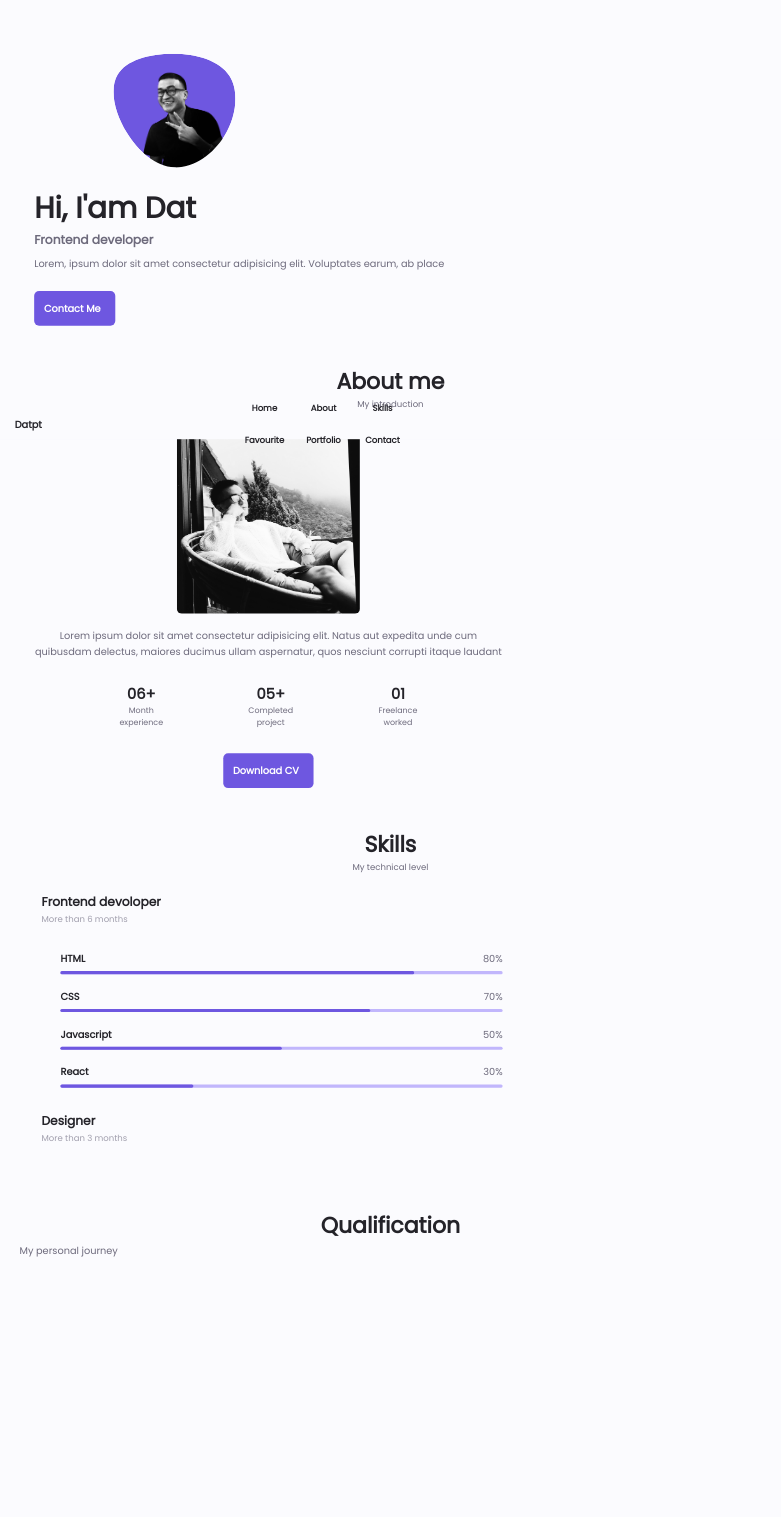
Repository: Datt21/portfolio
Page: index.html
The author's editor kept a copy of each file at every save. The page is drawn from the files as they stood at one save, then again after the next save.
The browser window is 1280 px wide. The pictures show the whole page, at 61% of full size.
Some icons come from a web library that is not loaded, so they are not drawn.

Above is the page before, as saved 2021-07-10 18:14:46.

### index.html
<!DOCTYPE html>
<html lang="en">
<head>
    <meta charset="UTF-8">
    <meta http-equiv="X-UA-Compatible" content="IE=edge">
    <meta name="viewport" content="width=device-width, initial-scale=1.0">
    <!--============= ICONS ================  -->
    <link rel="stylesheet" href="https://unicons.iconscout.com/release/v4.0.0/css/line.css">

    <!-- ============= SWIPER CSS =============== -->
    <link rel="stylesheet" href="">

    <!-- =============== CSS ========================= -->
    <link rel="stylesheet" href="./Css/style.css">

    <title>Portfolio</title>
</head>
<body>
    <!--============================ HEADER ============================ -->
    <header class="header" id="header">
        <nav class="nav container">
            <a href="#" class="nav__logo">Datpt</a>

            <div class="nav__menu" id="nav-menu">
                <ul class="nav__list grid">
                    <li class="nav__item">
                        <a href="#home" class="nav__link">
                            <i class="uil uil-estate nav__icon"></i>Home
                        </a>
                    </li>
                    <li class="nav__item">
                        <a href="#about" class="nav__link">
                            <i class="uil uil-user nav__icon"></i>About
                        </a>
                    </li>
                    <li class="nav__item">
                        <a href="#skills" class="nav__link">
                            <i class="uil uil-file-alt nav__icon"></i>Skills
                        </a>
                    </li>
                    <li class="nav__item">
                        <a href="#fovourite" class="nav__link">
                            <i class="uil uil-books nav__icon"></i>Favourite
                        </a>
                    </li>
                    <li class="nav__item">
                        <a href="#portfolio" class="nav__link">
                            <i class="uil uil-scenery nav__icon"></i>Portfolio
                        </a>
                    </li>
                    <li class="nav__item">
                        <a href="#contact" class="nav__link">
                            <i class="uil uil-message nav__icon"></i>Contact
                        </a>
                    </li>
                </ul>
                <i class="uil uil-times nav__close" id="nav-close"></i>
            </div>

            <div class="nav__btns">
                <div class="nav__toggle" id="nav-toggle">
                    <i class="uil uil-apps"></i>
                </div>
            </div>
        </nav>
    </header>

     <!--==================== MAIN ====================-->
     <main class="main">
        <!--==================== HOME ====================-->
        <section class="home section" id="home">
            <div class="home__container container grid">
                <div class="home__content grid">
                    <div class="home__social">
                        <a href="https://www.facebook.com/profile.php?id=100043830603950" target="_blank" class="home__social-icon">
                            <i class="uil uil-facebook"></i>
                        </a>
                        <a href="https://t.me/datpt21" target="_blank" class="home__social-icon">
                            <i class="uil uil-telegram-alt"></i>
                        </a>
                        <a href="https://github.com/Datt21" target="_blank" class="home__social-icon">
                            <i class="uil uil-github-alt"></i>
                        </a>
                    </div>

                    <div class="home__img">
                        <svg class="home__blob" viewBox="0 0 200 187" xmlns="http://www.w3.org/2000/svg" xmlns:xlink="http://www.w3.org/1999/xlink">
                            <mask id="mask0" mask-type="alpha">
                                <path d="M190.312 36.4879C206.582 62.1187 201.309 102.826 182.328 134.186C163.346 165.547
                                130.807 187.559 100.226 186.353C69.6454 185.297 41.0228 161.023 21.7403 129.362C2.45775
                                97.8511 -7.48481 59.1033 6.67581 34.5279C20.9871 10.1032 59.7028 -0.149132 97.9666
                                0.00163737C136.23 0.303176 174.193 10.857 190.312 36.4879Z"/>
                            </mask>
                            <g mask="url(#mask0)">
                                <path d="M190.312 36.4879C206.582 62.1187 201.309 102.826 182.328 134.186C163.346
                                165.547 130.807 187.559 100.226 186.353C69.6454 185.297 41.0228 161.023 21.7403
                                129.362C2.45775 97.8511 -7.48481 59.1033 6.67581 34.5279C20.9871 10.1032 59.7028
                                -0.149132 97.9666 0.00163737C136.23 0.303176 174.193 10.857 190.312 36.4879Z"/>

                                <image class="home_blob-img" x='12' y='18 'xlink:href="./images/me.png"/>
                            </g>
                        </svg>

                    </div>

                    <div class="home__data">
                        <h1 class="home__title">Hi, I'am Dat</h1>
                        <h3 class="home_subtitle">Frontend developer</h3>
                        <p class="home_description">Lorem, ipsum dolor sit amet consectetur adipisicing elit.
                            Voluptates earum, ab place</p>
                        <a href="#contact" class="button button--flex">
                            Contact Me<i class="uil uil-message button__icon"></i>
                        </a>
                    </div>
                </div>

                <div class="home_scroll">
                    <a href="#about" class="home__scroll-button button--flex">
                        <i class="uil uil-mouse-alt-2 home__scroll-mouse"></i>
                        <span class="home__scroll-name">Scroll down</span>
                        <i class="uil uil-arrow-down home__scroll-arrow"></i>
                    </a>
                </div>
            </div>
        </section>

        <!--==================== ABOUT ====================-->
        <section class="about section" id="about">
            <h2 class="section__title">About me</h2>
            <span class="section__subtitle">My introduction</span>

            <div class="about__container container grid">
                <img src="./images/me2.jpg" alt="" class="about__img">

                <div class="about-data">
                    <p class="about-decription">Lorem ipsum dolor sit amet consectetur adipisicing elit.
                        Natus aut expedita unde cum quibusdam delectus, maiores ducimus ullam aspernatur, quos nesciunt corrupti itaque laudant</p>

                    <div class="about__info">
                        <div>
                            <span class="about__info-title">06+</span>
                            <span class="about__info-name">Month <br> experience</span>
                        </div>
                        <div>
                            <span class="about__info-title">05+</span>
                            <span class="about__info-name">Completed <br> project</span>
                        </div>
                        <div>
                            <span class="about__info-title">01</span>
                            <span class="about__info-name">Freelance <br> worked</span>
                        </div>
                    </div>

                    <div class="about__buttons">
                        <a download="" href="./pdf/LeTienDat_CV.pdf" class="button button--flex">
                            Download CV <i class="uil uil-download-alt button__icon"></i>
                        </a>
                    </div>
                </div>
            </div>


        </section>

        <!--==================== SKILLS ====================-->
        <section class="skills section" id="skills">
            <h2 class="section__title">Skills</h2>
            <span class="section__subtitle">My technical level</span>

            <div class="skills__container container grid">
                <div>
                    <!-- skill 1 -->
                    <div class="skills__content skills__open">
                        <div class="skills__header">
                            <i class="uil uil-brackets-curly skills__icon"></i>

                            <div>
                                <h1 class="skills__title">Frontend devoloper</h1>
                                <span class="skills__subtitle">More than 6 months</span>
                            </div>

                            <i class="uil uil-angle-down skills__arrow"></i>
                        </div>

                        <div class="skills__list grid">
                            <div class="skills__data">
                                <div class="skills__titles">
                                    <h3 class="skills__name">HTML</h3>
                                    <span class="skills__number">80%</span>
                                </div>
                                <div class="skills__bar">
                                    <span class="skills__percentage skills__html"></span>
                                </div>
                            </div>

                            <div class="skills__data">
                                <div class="skills__titles">
                                    <h3 class="skills__name">CSS</h3>
                                    <span class="skills__number">70%</span>
                                </div>
                                <div class="skills__bar">
                                    <span class="skills__percentage skills__css"></span>
                                </div>
                            </div>

                            <div class="skills__data">
                                <div class="skills__titles">
                                    <h3 class="skills__name">Javascript</h3>
                                    <span class="skills__number">50%</span>
                                </div>
                                <div class="skills__bar">
                                    <span class="skills__percentage skills__js"></span>
                                </div>
                            </div>

                            <div class="skills__data">
                                <div class="skills__titles">
                                    <h3 class="skills__name">React</h3>
                                    <span class="skills__number">30%</span>
                                </div>
                                <div class="skills__bar">
                                    <span class="skills__percentage skills__react"></span>
                                </div>
                            </div>
                        </div>
                    </div>

                    <!-- skill 2 -->
                    <div class="skills__content skills__close">
                        <div class="skills__header">
                            <i class="uil uil-swatchbook skills__icon"></i>

                            <div>
                                <h1 class="skills__title">Designer</h1>
                                <span class="skills__subtitle">More than 3 months</span>
                            </div>
                            <i class="uil uil-angle-down skills__arrow"></i>
                        </div>

                        <div class="skills__list grid">
                            <div class="skills__data">
                                <div class="skills__titles">
                                    <h3 class="skills__name">Figma</h3>
                                    <span class="skills__number">40%</span>
                                </div>
                                <div class="skills__bar">
                                    <span class="skills__percentage skills__figma"></span>
                                </div>
                            </div>

                            <div class="skills__data">
                                <div class="skills__titles">
                                    <h3 class="skills__name">Photoshop</h3>
                                    <span class="skills__number">30%</span>
                                </div>
                                <div class="skills__bar">
                                    <span class="skills__percentage skills__photoshop"></span>
                                </div>
                            </div>

                        </div>
                    </div>
                </div>
            </div>


        </section>

        <!--==================== QUALIFICATION ====================-->
        <section class="qualification section">
            <h2 class="section__title">Qualification</h2>
            <span class="section__subtitlr">My personal journey</span>

            <div class="qualification__container container">
                <div class="qualification__tabs">
                    <div class="qualification__button button--flex">
                        <i class="uil uil-graduation-cap qualification__icon"></i>

                    </div>
                </div>
            </div>


        </section>

        <!--==================== SERVICES ====================-->
        <section class="services section" id="services">


        </section>

        <!--==================== PORTFOLIO ====================-->
        <section class="portfolio section" id="portfolio">


        </section>

        <!--==================== PROJECT IN MIND ====================-->
        <section class="project section">


        </section>

        <!--==================== TESTIMONIAL ====================-->
        <section class="testimonial section">


        </section>

        <!--==================== CONTACT ME ====================-->
        <section class="contact section" id="contact">


        </section>
    </main>

    <!--==================== FOOTER ====================-->
    <footer class="footer">


    </footer>

    <!--==================== SCROLL TOP ====================-->


    <!--==================== SWIPER JS ====================-->
    <script src=""></script>

    <!-- =================== JS ======================= -->
    <script src="./JS/main.js"></script>
</body>
</html>

Loaded but not shown: JS/main.js (73 lines, source omitted); Css/style.css (531 lines, source omitted)

After the next save:
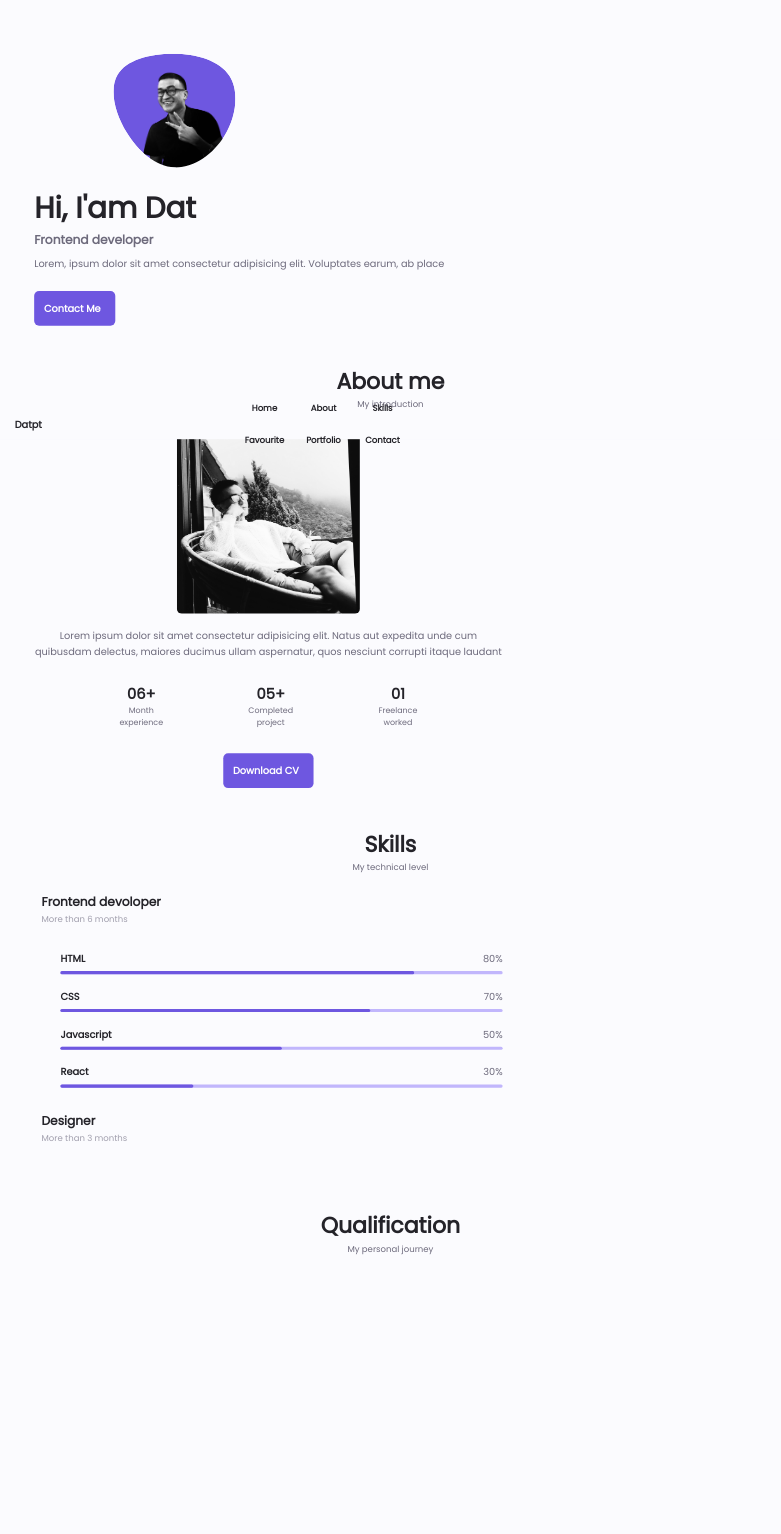
Saved 16 s later.
--- a/index.html
+++ b/index.html
@@ -269,7 +269,7 @@
         <!--==================== QUALIFICATION ====================-->
         <section class="qualification section">
             <h2 class="section__title">Qualification</h2>
-            <span class="section__subtitlr">My personal journey</span>
+            <span class="section__subtitle">My personal journey</span>
 
             <div class="qualification__container container">
                 <div class="qualification__tabs">
